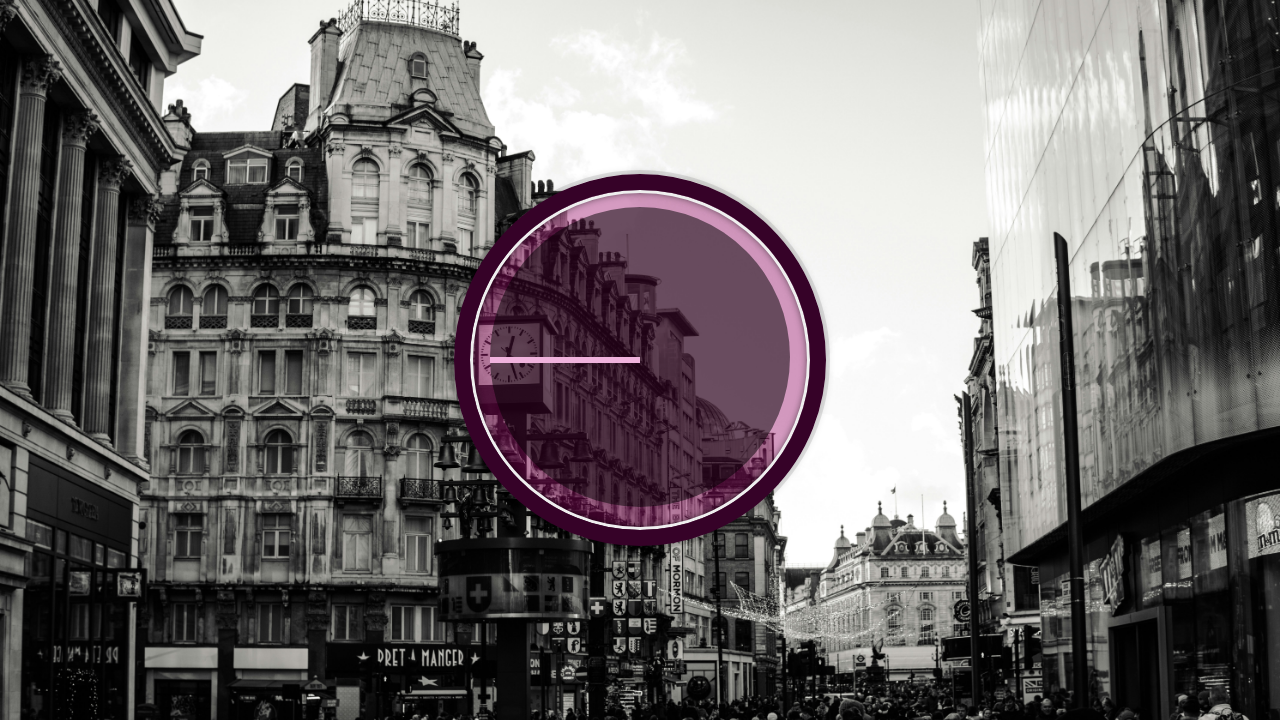
Repository: Freezler/javascript-css-clock
Page: index.html
The author's editor kept a copy of each file at every save. The page is drawn from the files as they stood at one save, then again after the next save.
The browser window is 1280 px wide. The pictures show the whole page.

Above is the page before, as saved 2024-08-24 15:52:07.

### index.html
<!DOCTYPE html>
<html lang="en">

<head>
    <meta charset="UTF-8">
    <title>JS + CSS Clock</title>
    <link rel="icon" href="https://fav.farm/🔥" />
    <link rel="stylesheet" href="style.css">
</head>

<body>
    <div class="clock">
        <div class="clock-face">
            <div class="hand hour-hand"></div>
            <div class="hand min-hand"></div>
            <div class="hand second-hand"></div>
        </div>
    </div>
    <script src="/main.js"></script>
</body>

</html>

### style.css
html {
    background: url(../javascriptCss-clock/igor.jpg) no-repeat center center fixed;
    background-repeat: no-repeat;
    background-attachment: fixed;
    background-position: center center;
    background-size: cover;
    font-family: 'system-ui', sans-serif;
    text-align: center;
    font-size: 10px;
}

body {
    margin: 0;
    font-size: 2rem;
    display: flex;
    flex: 1;
    min-height: 100vh;
    align-items: center;
}

.clock {
    width: 30rem;
    height: 30rem;
    border: 16px solid rgb(54, 2, 40);
    border-radius: 50%;
    margin: 50px auto;
    position: relative;
    padding: 2rem;
    box-shadow:
        0 0 0 4px rgba(0, 0, 0, 0.1),
        inset 0 0 0 3px #EFEFEF,
        inset 0 0 10px black,
        0 0 10px rgba(0, 0, 0, 0.2);
    background: rgba(150, 7, 100,.4);
}

.clock-face {
    position: relative;
    width: 100%;
    height: 100%;
    transform: translateY(-3px);
    /* account for the height of the clock hands */
    background: rgba(0, 0, 0, 0.5);

    border-radius: 50%;
    z-index: 10;

}

.hand {
    width: 50%;
    height: 6px;
    background: rgb(240, 179, 221);
    position: absolute;
    top: 50%;
    z-index: 100;
}

Loaded but not shown: main.js (no stored copy; drawn as an empty file)

After the next save:
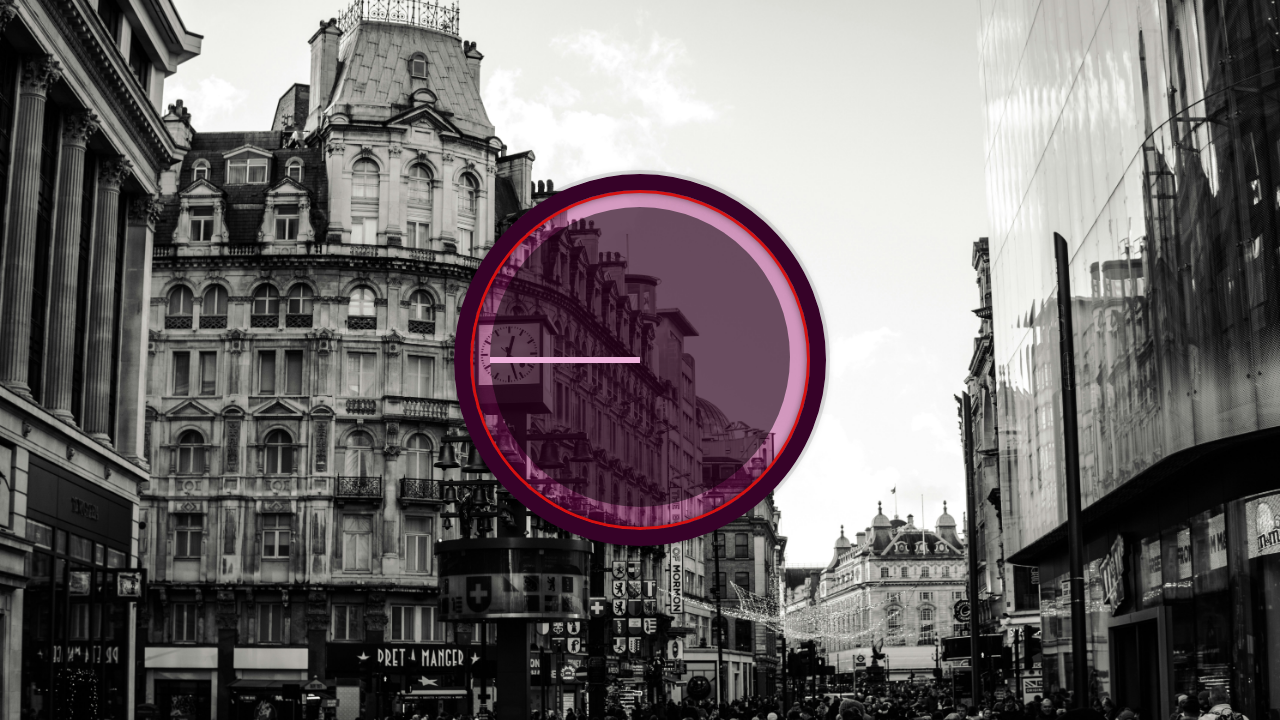
Saved 14 s later.
--- a/style.css
+++ b/style.css
@@ -28,7 +28,7 @@ body {
     padding: 2rem;
     box-shadow:
         0 0 0 4px rgba(0, 0, 0, 0.1),
-        inset 0 0 0 3px #EFEFEF,
+        inset 0 0 0 3px #d51111,
         inset 0 0 10px black,
         0 0 10px rgba(0, 0, 0, 0.2);
     background: rgba(150, 7, 100,.4);
